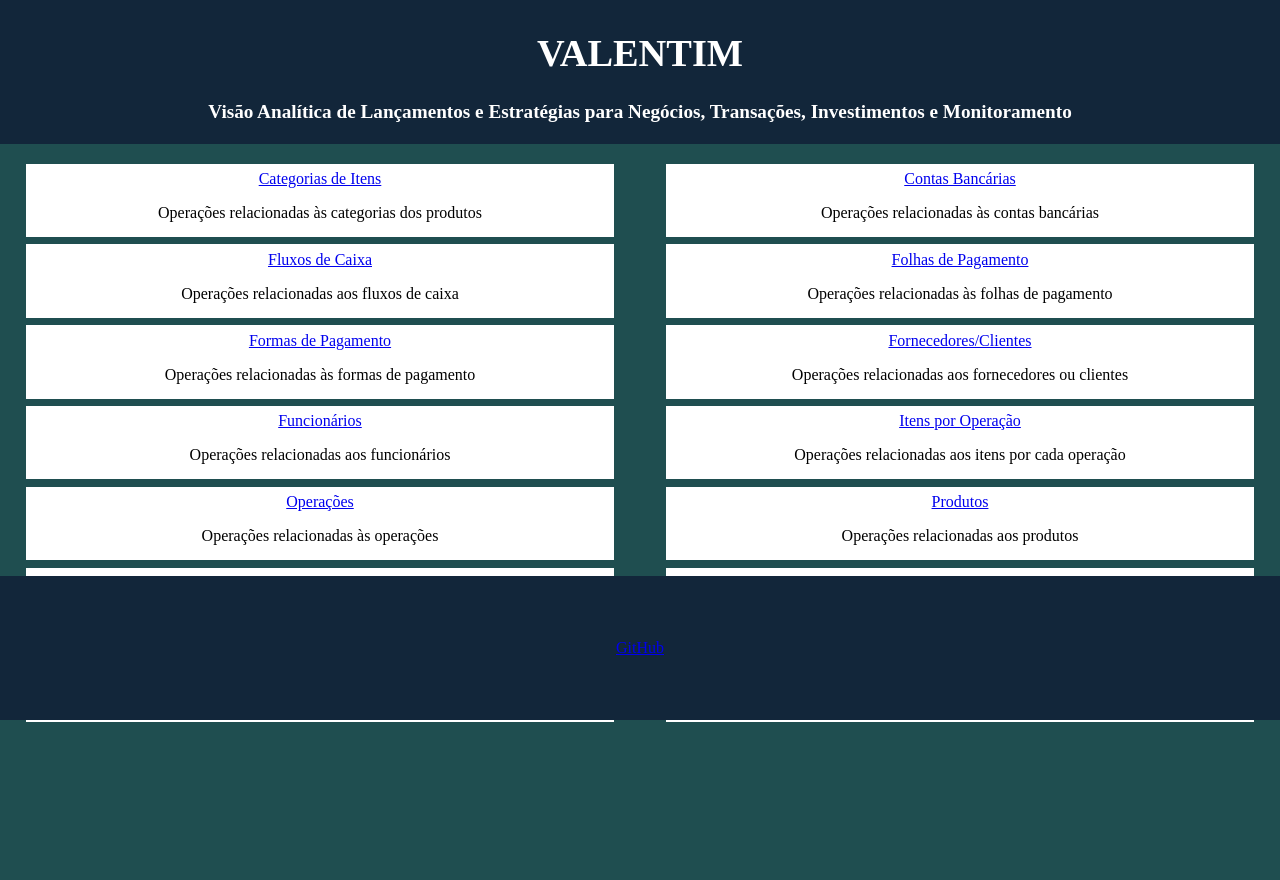
Repository: Matheus-Lacerda009/ERP-Financeiro
Page: Front/menu/menu.html
An editor plug-in stored every save of this project. The page is shown before and after the next save, followed by the edit.
The browser window is 1280 px wide. The pictures show the whole page.

Above is the page before, as saved 2026-07-13 18:57:19.

### Front/menu/menu.html
<!DOCTYPE html>
<html lang="en">
<head>
    <meta charset="UTF-8">
    <meta name="viewport" content="wclassth=device-wclassth, initial-scale=1.0">
    <link rel="stylesheet" href="menu.css">
    <title>Document</title>
</head>
<body>
    <header>
        <h1>VALENTIM</h1>
        <h2>Visão Analítica de Lançamentos e Estratégias para Negócios, Transações, Investimentos e Monitoramento</h2>
    </header>
    <main>
        <div id="espaço"></div>
        <div class="container">
            <div class="divEntidades">
                <a href="../categoria_item/categoria_item.html">Categorias de Itens</a>
                <p>Operações relacionadas às categorias dos produtos</p>
            </div>
            <div class="divEntidades">
                <a href="../conta_bancaria/conta_bancaria.html">Contas Bancárias</a>
                <p>Operações relacionadas às contas bancárias</p>
            </div>
            <div class="divEntidades">
                <a href="../fluxo_caixa/fluxo_caixa.html">Fluxos de Caixa</a>
                <p>Operações relacionadas aos fluxos de caixa</p>
            </div>
            <div class="divEntidades">
                <a href="../folha_pagamento/folha_pagamento.html">Folhas de Pagamento</a>
                <p>Operações relacionadas às folhas de pagamento</p>
            </div>
            <div class="divEntidades">
                <a href="../forma_pagamento/forma_pagamento.html">Formas de Pagamento</a>
                <p>Operações relacionadas às formas de pagamento</p>
            </div>
            <div class="divEntidades">
                <a href="../fornecedor_cliente/fornecedor_cliente.html">Fornecedores/Clientes</a>
                <p>Operações relacionadas aos fornecedores ou clientes</p>
            </div>
            <div class="divEntidades">
                <a href="../funcionario/funcionario.html">Funcionários</a>
                <p>Operações relacionadas aos funcionários</p>
            </div>
            <div class="divEntidades">
                <a href="../itens_operacao/itens_operacao.html">Itens por Operação</a>
                <p>Operações relacionadas aos itens por cada operação</p>
            </div>
            <div class="divEntidades">
                <a href="../operacao/operacao.html">Operações</a>
                <p>Operações relacionadas às operações</p>
            </div>
            <div class="divEntidades">
                <a href="../produtos/produtos.html">Produtos</a>
                <p>Operações relacionadas aos produtos</p>
            </div>
            <div class="divEntidades">
                <a href="../saldoAtual/saldoAtual.html">Saldo Atual</a>
                <p>Operações relacionadas ao saldo atual</p>
            </div>
            <div class="divEntidades">
                <a href="../valor_pVenda/valor_pVenda.html">Valores por operação</a>
                <p>Operações relacionadas aos valores por cada operação</p>
            </div>
            <div class="divEntidades">
                <a href="../valor_salario/valor_salario.html">Salários</a>
                <p>Operações relacionadas aos salários</p>
            </div>
            <div class="divEntidades">
                <a href="../notaFiscal/nota_fiscal.html">Notas Fiscais</a>
                <p>Operações relacionadas às notas fiscais</p>
            </div>
        </div>
    </main>
    <footer>
        <a href="https://github.com/Matheus-Lacerda009/ERP-Financeiro.git">GitHub</a>
    </footer>
</body>
</html>

### Front/menu/menu.css
header{
    position: fixed;
    top: 0;
    left: 0;
    width: 100%;
    height: 20%;
    background-color: #12263A;
    z-index: 1;
    text-align: center;
    align-content: center;
}

footer{
    position: fixed;
    bottom: 0;
    left: 0;
    width: 100%;
    height: 20%;
    background-color: #12263A;
    text-align: center;
    align-content: center;
}

header, h1{
    font-size: 300%;
    color: white;
    font-size: 3vw;
}

header, h2{
    color: white;
    font-size: 1.5vw;
}

body{
    margin: 0;
    padding: 0;
    background-color: #1f4e50;
}

.container{
    margin-top: 12.5%;
    height: 100vh;
    width: 100%;
    box-sizing: border-box;
    display: grid;
    grid-template-columns: repeat(2, 7fr);
    align-content: start;
}

.divEntidades{
    height: 75%;
    width: 90%;
    background-color: white;
    text-align: center;
    padding: 1%;
    margin: auto;
}

After the next save:
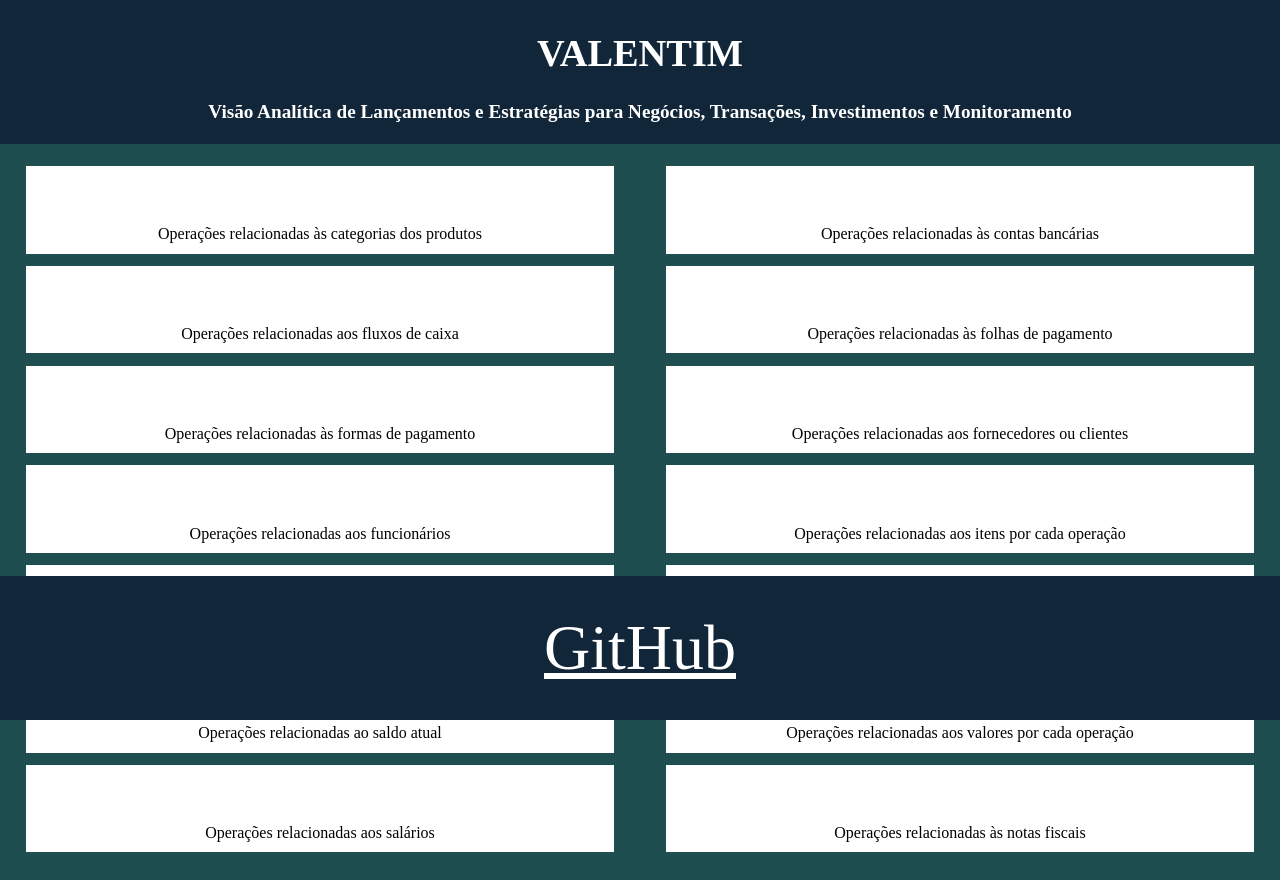
Saved 13 s later.
--- a/Front/menu/menu.css
+++ b/Front/menu/menu.css
@@ -19,6 +19,11 @@
     background-color: #12263A;
     text-align: center;
     align-content: center;
+}
+
+footer, a{
+    color: white;
+    font-size: 200%;
 }
 
 header, h1{

After the 2 saves that followed:
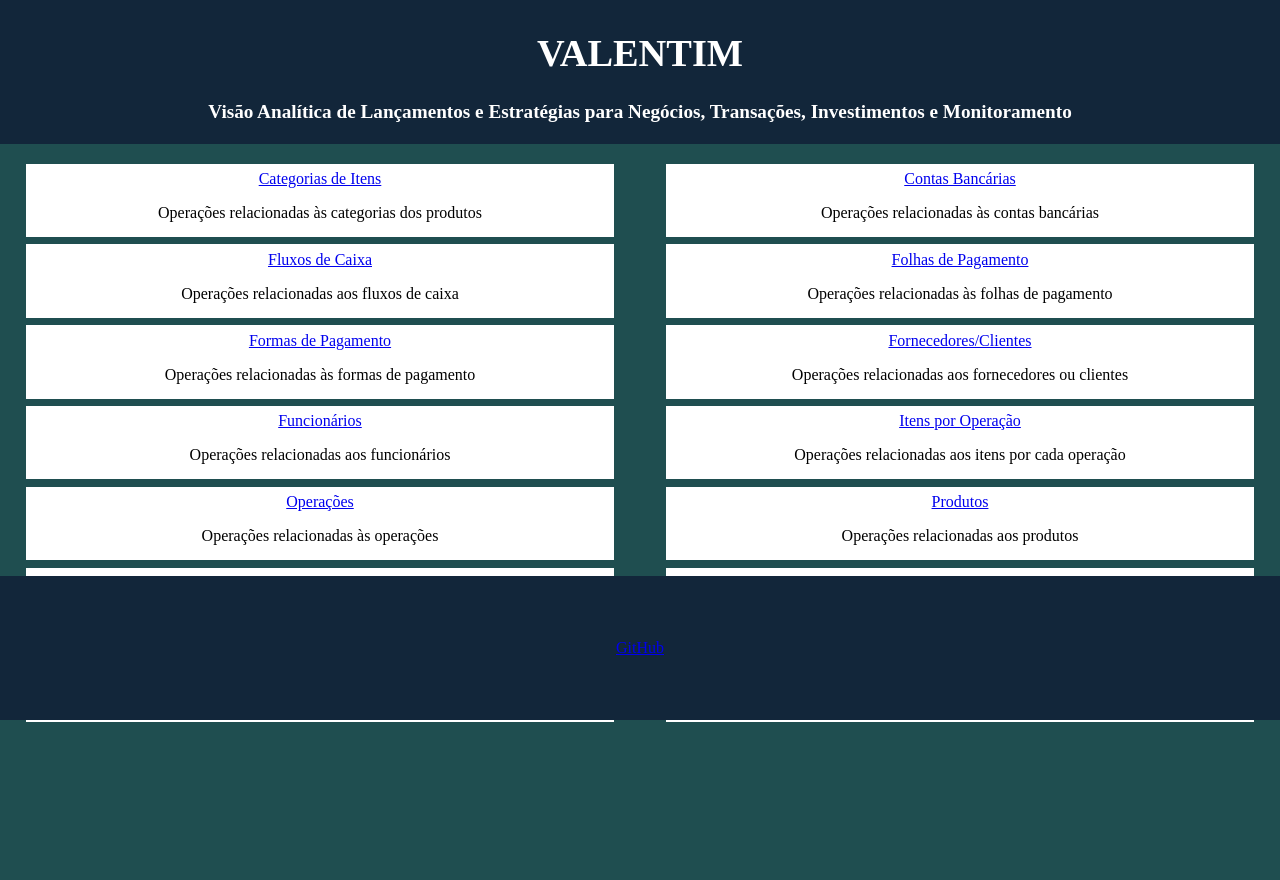
The 2 saves are shown as one change because they came seconds apart.
The last was saved 45 s later.
--- a/Front/menu/menu.css
+++ b/Front/menu/menu.css
@@ -21,7 +21,7 @@
     align-content: center;
 }
 
-footer, a{
+#github{
     color: white;
     font-size: 200%;
 }
